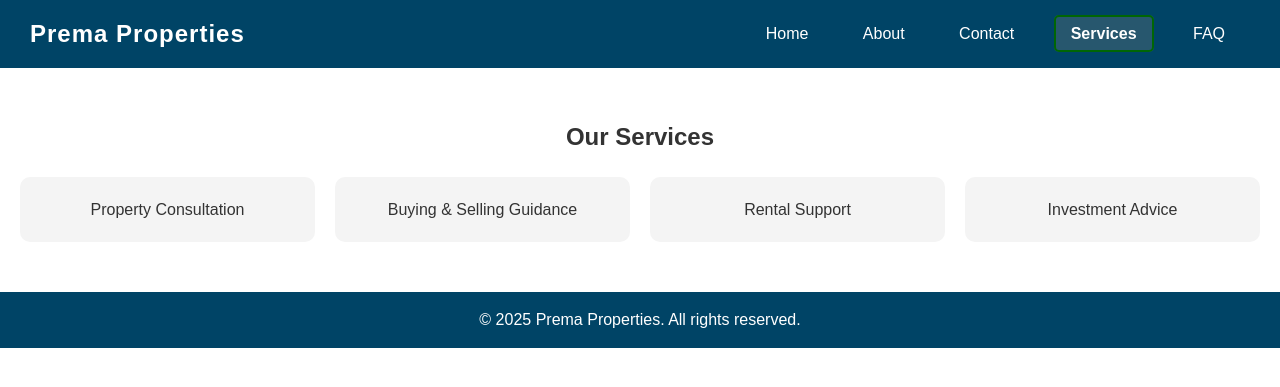
Repository: mnqobiMenzi/Prema-Properties
Page: services.html
The author's editor kept a copy of each file at every save. The page is drawn from the files as they stood at one save, then again after a run of saves.
The browser window is 1280 px wide. The pictures show the whole page.

Above is the page before, as saved 2025-10-04 08:54:31.

After the next 3 saves:
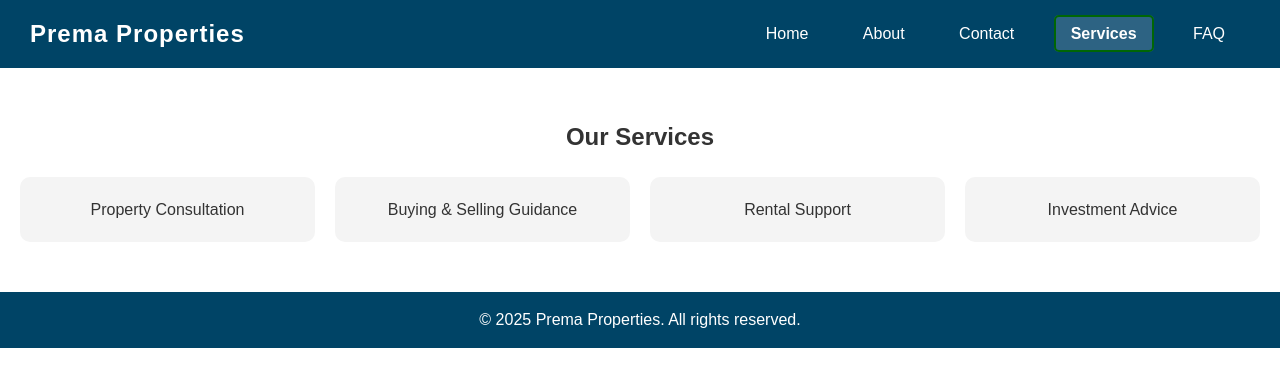
The 3 saves are shown as one change because they came seconds apart.
The last was saved 18 s later.
--- a/CSS/style.css
+++ b/CSS/style.css
@@ -50,7 +50,7 @@ header nav a:hover {
 }
 /* Active link */
 header nav a.active {
-  background: rgba(130, 130, 130, 0.3);
+  background: rgba(150, 170, 200, 0.3);
   font-weight: bold;
   border: 2px solid #006605;
 }
